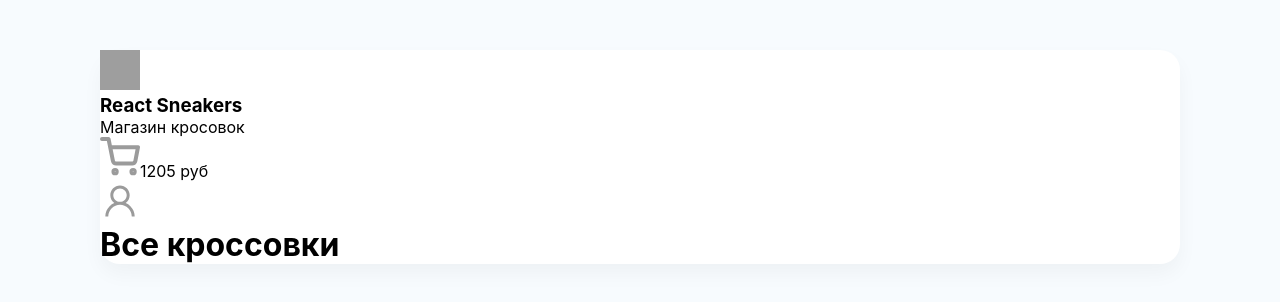
Repository: Azimich/React-Sneakers
Page: /
An editor plug-in stored every save of this project. The page is shown before and after the next save, followed by the edit.
The browser window is 1280 px wide. The pictures show the whole page.
Pictures or frames that could not be fetched are drawn as grey boxes. The project was rebuilt for these pictures with package versions that can differ from the ones it lists, and the page was loaded fresh each time.

Above is the page before, as saved 2022-09-22 21:48:11.

After the next save:
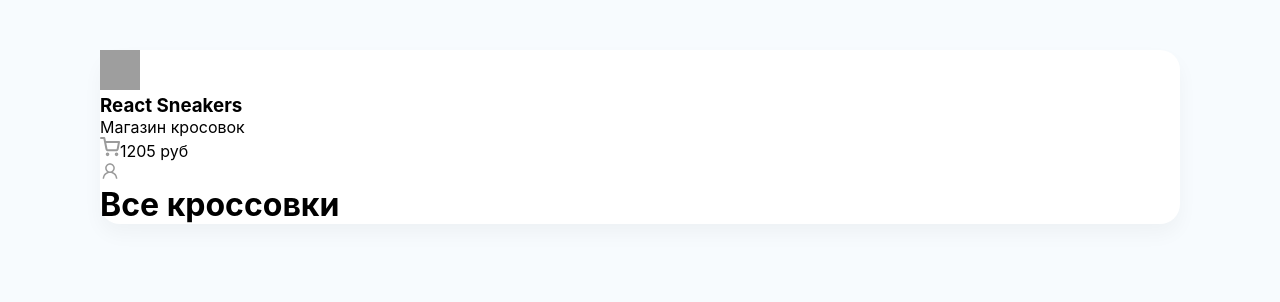
Saved 18 s later.
--- a/src/App.js
+++ b/src/App.js
@@ -13,11 +13,11 @@ function App() {
         </div>
         <ul className="headerRight">
           <li>
-            <img width={40} height={40} src="/img/cart.svg" />
+            <img width={20} height={20} src="/img/cart.svg" />
             <span>1205 руб</span>
           </li>
           <li>
-            <img width={40} height={40} src="/img/user.svg" />
+            <img width={20} height={20} src="/img/user.svg" />
           </li>
         </ul>
       </header>
